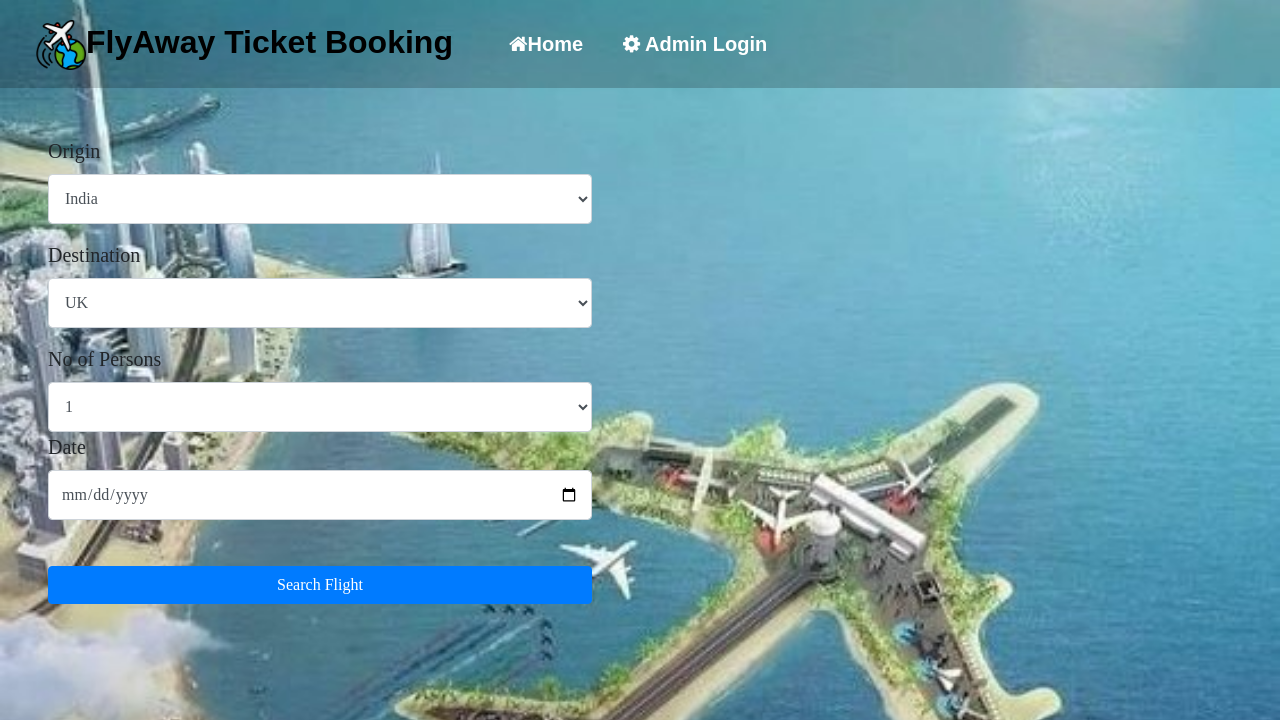
Repository: sayrabano/Phase2-project
Page: http://localhost/FlyAway/option-flightsearch.jsp
These files come from the project's save history. The page is drawn as it stood at one moment and after the next save; the edit follows.
The browser window is 1280 px wide. The pictures show the whole page.
Some web fonts or font styles are not loaded; a fallback is used. The page is served by Tomcat 9.

Above is the page before, as saved 2021-09-30 20:19:02.

After the next save:
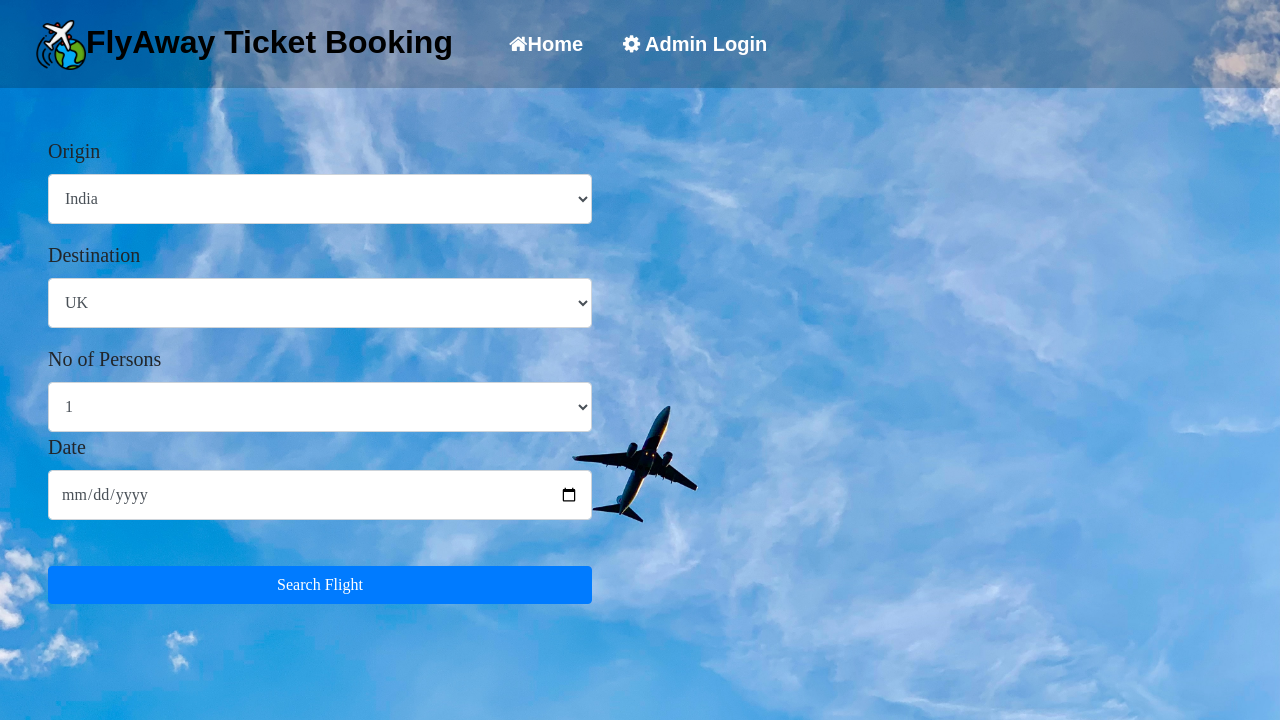
Saved 66 s later.
--- a/FlyAway/src/main/webapp/CSS/Style5.css
+++ b/FlyAway/src/main/webapp/CSS/Style5.css
@@ -1,7 +1,7 @@
 @charset "ISO-8859-1";
 
 body{
-	background:url("../Images/42cc64bdb70aca3e14053ce5a8bad414.jpg");
+	background:url("../Images/ariffin-ali-GtRPABEqZVg-unsplash.jpg");
 	background-size:cover;
 	padding:0px;
 	margin:0px;
